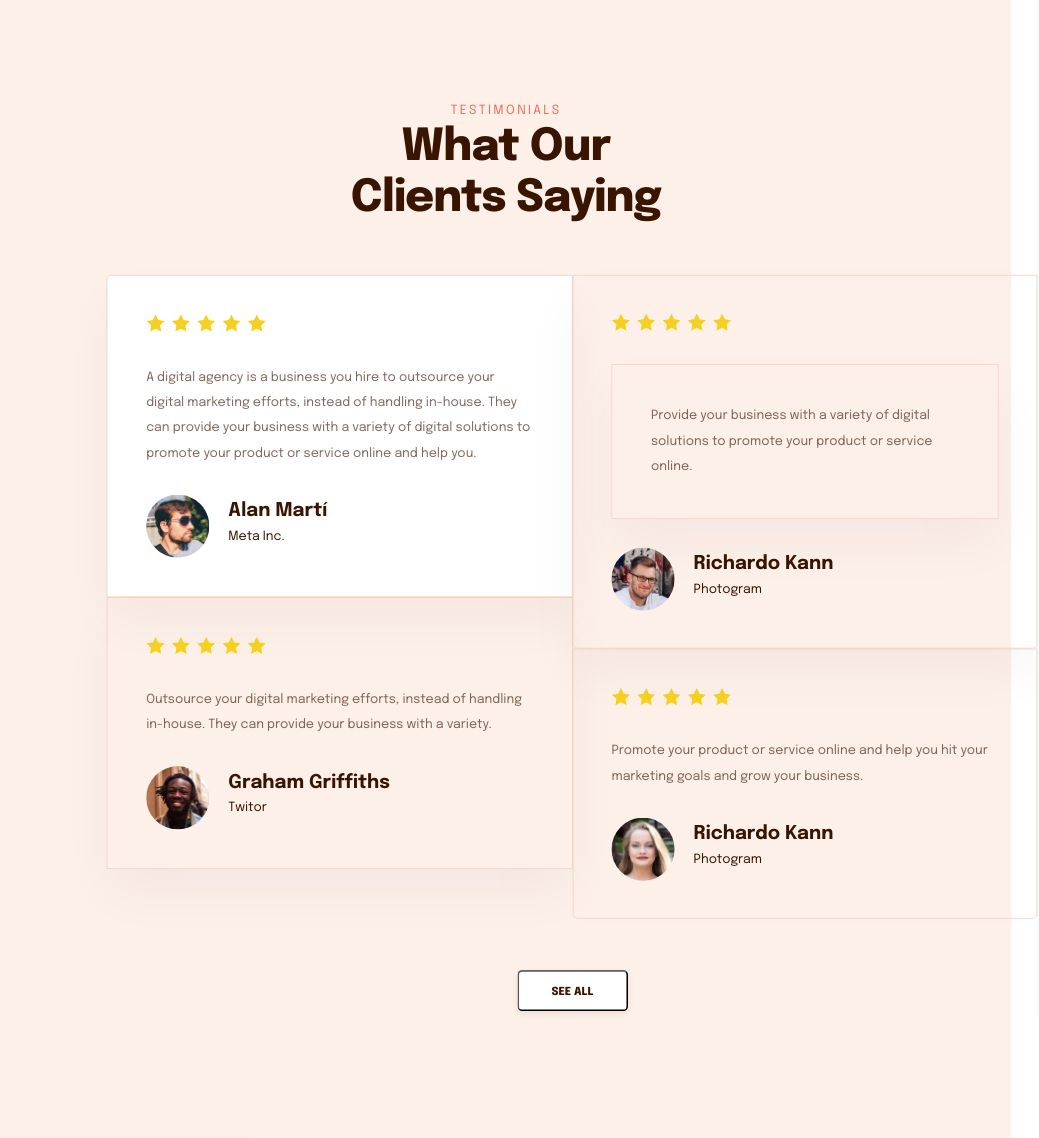
Repository: HeybetzadeQedim/task-6
Page: TESTIMONIALS/index.html
The author's editor kept a copy of each file at every save. The page is drawn from the files as they stood at one save, then again after the next save.
The browser window is 1280 px wide. The page is 1313 px wide, then 1315 px, so the pictures cover 1315 px, including what lies to the right of the window. The pictures show the whole page, at 79% of full size.

Above is the page before, as saved 2023-10-30 16:00:33.

### TESTIMONIALS/index.html
<!DOCTYPE html>
<html lang="en">
  <head>
    <meta charset="UTF-8" />
    <meta name="viewport" content="width=device-width, initial-scale=1.0" />
    <title>Document</title>
    <link rel="stylesheet" href="./index.css" />
  </head>
  <body>
    <div>
        <div class="main-container">
            <div class="text-container">
              <h5>Testimonials</h5>
              <h1>
                What Our<br />
                Clients Saying
              </h1>
            </div>

            <div class="box-container">
              <div class="left-container">
                <div class="box-1 box">
                  <img src="images/star.svg" />
                  <p class="text-1">
                    A digital agency is a business you hire to outsource your digital
                    marketing efforts, instead of handling in-house. They can provide
                    your business with a variety of digital solutions to promote your
                    product or service online and help you.
                  </p>
                  <div class="flex-container">
                    <img src="images/Oval (2).svg" />
                    <div class="text-2">
                      <h4>Alan Martí</h4>
                      <p>Meta Inc.</p>
                    </div>
                  </div>
                </div>
                <div>
                  <div class="box-2 box">
                    <img src="images/star.svg" />
                    <p class="text-1">
                      Outsource your digital marketing efforts, instead of handling
                      in-house. They can provide your business with a variety.
                    </p>
                    <div class="flex-container">
                      <img src="images/Oval (4).svg" />
                      <div class="text-2">
                        <h4>Graham Griffiths</h4>
                        <p>Twitor</p>
                      </div>
                    </div>
                  </div>
                </div>
              </div>

              <div class="right-container">
                <div class="box-3 box">
                  <img src="images/star.svg" />
                  <p class="text-1 box">
                    Provide your business with a variety of digital solutions to
                    promote your product or service online.
                  </p>
                  <div class="flex-container">
                    <img src="images/Oval (3).svg" />
                    <div class="text-2">
                      <h4>Richardo Kann</h4>
                      <p>Photogram</p>
                    </div>
                  </div>
                </div>

              <div class="box-4">
                  <img src="images/star.svg" />
                  <p class="text-1">
                    Promote your product or service online and help you hit your
                    marketing goals and grow your business.
                  </p>
                  <div class="flex-container">
                    <img src="images/Oval (5).svg" />
                    <div class="text-2">
                      <h4>Richardo Kann</h4>
                      <p>Photogram</p>
                    </div>
                  </div>
              </div>
            </div>

          </div>

          <button>See All</button>
    </div>

  </body>
</html>

### TESTIMONIALS/index.css
@import url("https://fonts.googleapis.com/css2?family=Epilogue:wght@400;700;800&display=swap");
* {
  padding: 0;
  margin: 0;
  box-sizing: border-box;
}
.main-container {
  padding: 124px 134px 108px 135px;
  background-color: #fdf0e9;
  min-height: 200vh;
}
.main-container .text-container h5 {
  color: var(--Text_Dark_Accent, #ef6d58);
  text-align: center;
  font-feature-settings: "clig" off, "liga" off;
  font-family: Epilogue;
  font-size: 16px;
  font-style: normal;
  font-weight: 400;
  line-height: 32px;
  letter-spacing: 3px;
  text-transform: uppercase;
}
.main-container .text-container h1 {
  color: var(--Text_Dark, #391400);
  text-align: center;
  font-feature-settings: "clig" off, "liga" off;
  font-family: Epilogue;
  font-size: 56px;
  font-style: normal;
  font-weight: 800;
  line-height: 64px;
  letter-spacing: -1px;
}
.box-container {
  margin-top: 64px;
  display: flex;
}
.box-1 {
  /* height: 400px; */
  padding: 48px;
  display: inline-block;
  border-radius: 6px 0px 0px 0px;
  border: 1px solid #f3d1bf;
  background: #fff;
  box-shadow: 0px 32px 64px 0px rgba(57, 20, 0, 0.04);
}
.box-contanier .box-1 img:first-child {
  width: 152px;
  height: 24px;
}
.text-1 {
  margin-top: 36px;
  margin-bottom: 36px;
  width: 490px;
  color: var(--Text_Dark_Gray, rgba(57, 20, 0, 0.64));
  font-feature-settings: "clig" off, "liga" off;
  font-family: Epilogue;
  font-size: 16px;
  font-style: normal;
  font-weight: 400;
  line-height: 32px;
}
.flex-container {
  display: flex;
}
.flex-container img {
  width: 80px;
  height: 80px;
}
.text-2 {
  margin-left: 24px;
  margin-top: 5px;
}
.text-2 h4 {
  color: var(--Text_Dark, #391400);
  font-feature-settings: "clig" off, "liga" off;
  font-family: Epilogue;
  font-size: 24px;
  font-style: normal;
  font-weight: 700;
  line-height: 32px;
}

.box {
  padding: 49px ;
  border: 1px solid #f3d1bf;
  box-shadow: 0px 32px 64px 0px rgba(57, 20, 0, 0.04);
}
.flex-container .text-2 p {
  color: var(--Text_Dark, #391400);
  font-feature-settings: "clig" off, "liga" off;
  font-family: Epilogue;
  font-size: 16px;
  font-style: normal;
  font-weight: 400;
  line-height: 32px;
}
.box-3 {
  /* height: 336px; */
  padding: 48px 48px 47px 48px;
  border-radius: 0px 0px 6px 6px;
  border: 1px solid #f3d1bf;
}
.box-4 {
  /* height: 336px; */
  padding: 49px 48px 47px 48px;
  border-radius: 0px 0px 6px 6px;
  border: 1px solid #f3d1bf;
}
button {
  color: #391400;
  margin-left: 520px;
  margin-top: 65px;
  font-family: Epilogue;
  font-size: 14px;
  font-style: normal;
  font-weight: 900;
  line-height: normal;
  text-transform: uppercase;
  padding: 18px 42px 16px 41px;
  border-radius: 6px;
  background: #fff;
  box-shadow: 0px 3px 9px 0px rgba(57, 20, 0, 0.08);
}

After the next save:
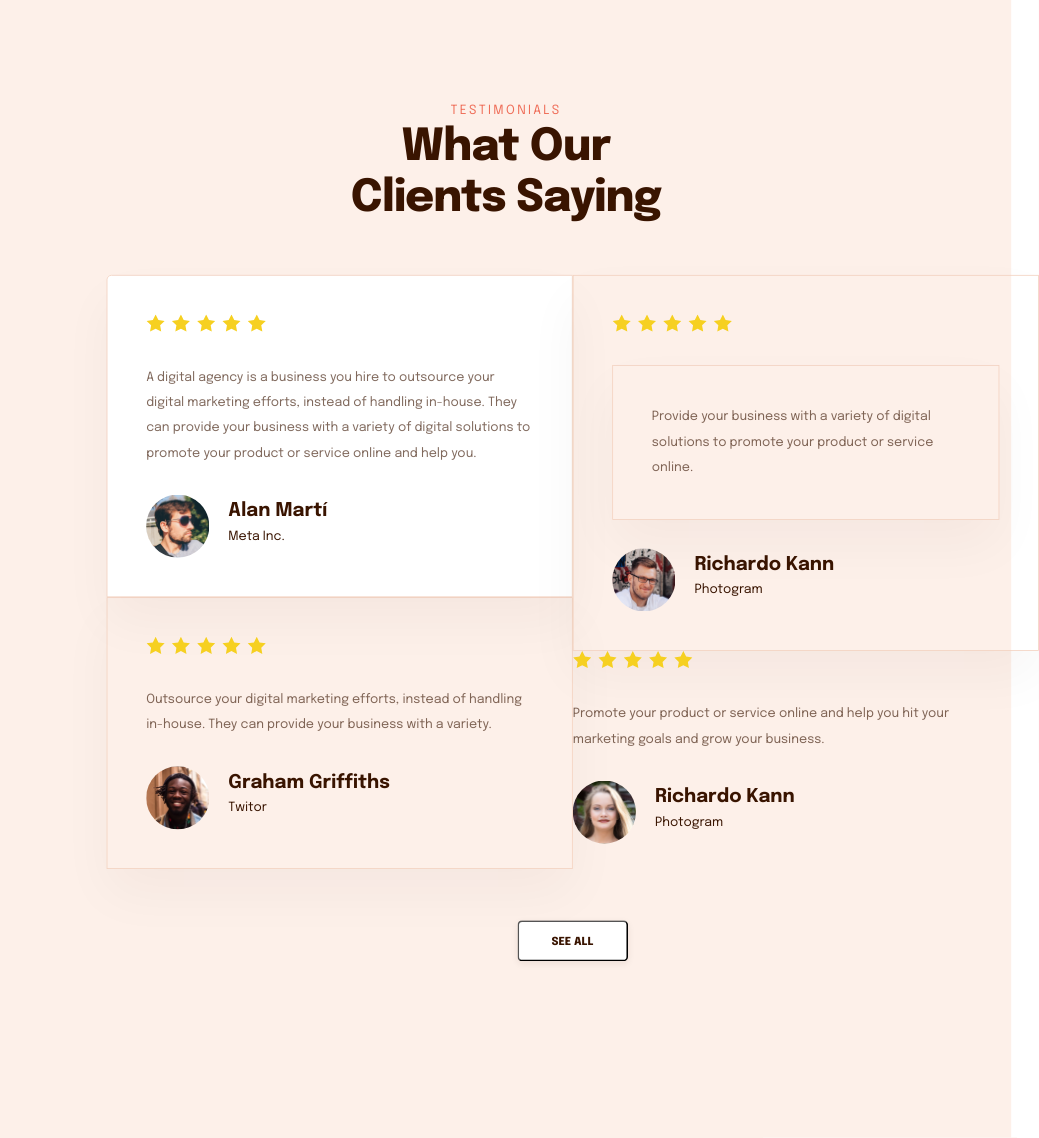
Saved 8 s later.
--- a/TESTIMONIALS/index.css
+++ b/TESTIMONIALS/index.css
@@ -96,18 +96,7 @@
   font-weight: 400;
   line-height: 32px;
 }
-.box-3 {
-  /* height: 336px; */
-  padding: 48px 48px 47px 48px;
-  border-radius: 0px 0px 6px 6px;
-  border: 1px solid #f3d1bf;
-}
-.box-4 {
-  /* height: 336px; */
-  padding: 49px 48px 47px 48px;
-  border-radius: 0px 0px 6px 6px;
-  border: 1px solid #f3d1bf;
-}
+
 button {
   color: #391400;
   margin-left: 520px;
